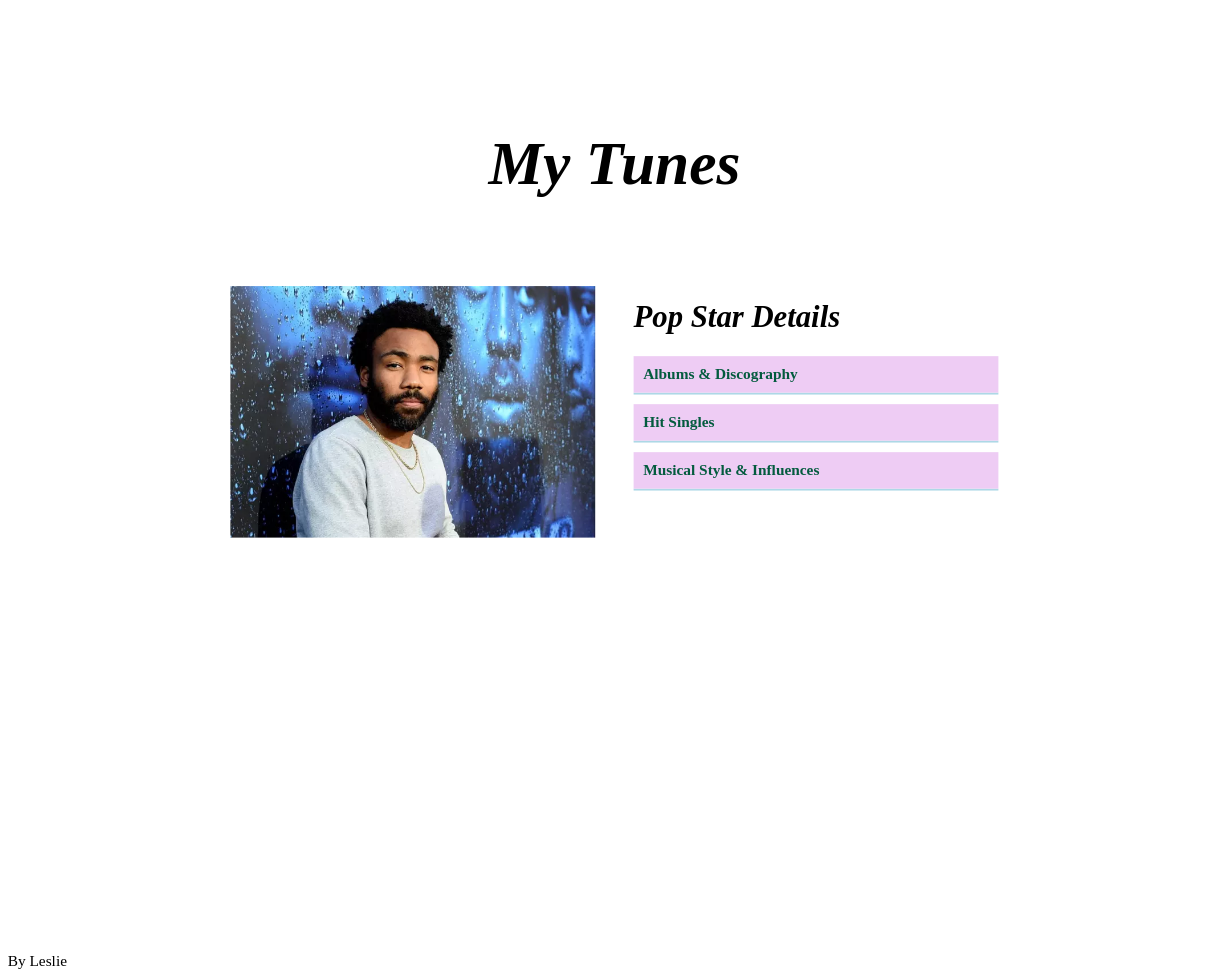
Repository: leslie179/labOne
Page: /
An editor plug-in stored every save of this project. The page is shown before and after the next save, followed by the edit.
The browser window is 1280 px wide. The pictures show the whole page, at 96% of full size.
The project was rebuilt for these pictures with package versions that can differ from the ones it lists, and the page was loaded fresh each time. The framework's server and built-in components were replaced by stand-ins that run in the browser. Also part of the build but not shown: next.config.js, components/Footer/Footer.module.css.

Above is the page before, as saved 2024-09-15 22:45:15.

### pages/index.js
import Head from 'next/head'
import styles from '@/styles/Home.module.css'
import Footer from '@/components/Footer'
import Header from '@/components/Header'
import LeftComponent from '@/components/LeftComponent'
import RightComponent from '@/components/RightComponent'

export default function Home() {
  return (
    <>
      <Head>
        <title>Create Next App</title>
        <meta name="description" content="Generated by create next app" />
        <meta name="viewport" content="width=device-width, initial-scale=1" />
        <link rel="icon" href="/favicon.ico" />
      </Head>
      <Header/>
      <main className={`${styles.main}`}>
      <div className={styles.container}>
      <div className={styles.left}>
                <LeftComponent />
            </div>
            <div className={styles.right}>
              <h1 className={styles.h1}>Pop Star Details</h1>
                <RightComponent />
            </div>
            </div>
      </main>
      <Footer/>
    </>
  )
}

### styles/globals.css
:root {


}

a {
  color: inherit;
  text-decoration: none;
}

### styles/Home.module.css
.main {
  display: flex;
  flex-direction: column;
  justify-content: space-between;
  align-items: center;
  padding: 2rem;
  min-height: 20vh;
}

.container {
  display: flex;
  width: 70%;
  height: 100vh;

}

.left, .right {
  width: 50%;
  padding: 20px;
  box-sizing: border-box;
}



.h1{
  padding-top: 8%;
  font-style: italic;
}

### components/Footer/index.js
import styles from "./Footer.module.css"

export default function Footer() {
    return(
        <footer className={styles.Footer}>
            By Leslie
        </footer>
    )
}

### components/Header/index.js
import styles from './Header.module.css';


export default function Header() {
    return (
        <header className={styles.header}>
            <h1>My Tunes</h1>
        </header>
    );
}

### components/LeftComponent/index.js
import styles from './LeftComponent.module.css';

export default function LeftComponent() {
    return (
        <div>
            <img src="childish_icon.jpg" alt="Childish Icon" className={styles.image} />
        </div>
    );
}

### components/RightComponent/index.js
import { useState } from 'react';
import styles from './RightComponent.module.css';

export default function RightComponent() {
    const [activeIndex, setActiveIndex] = useState(null);

    const toggleAccordion = (index) => {
        setActiveIndex(activeIndex === index ? null : index);
    };

    const categories = [
        {
            title: 'Albums & Discography',
            content: '"Camp" \n"Because the Internet" \n"Awaken, My Love!"'
        },
        {
            title: 'Hit Singles',
            content: '"3005"\n "Redbone"\n "This Is America" which won Grammys for its cultural impact.'
        },
        {
            title: 'Musical Style & Influences',
            content: 'Blend of hip hop, soul, funk, and rock, drawing influence from Prince, OutKast, and more.'
        }
    ];

    return (
        <div className={styles.accordion}>
            {categories.map((category, index) => (
                <div key={index} className={styles.item}>
                    <div className={styles.title} onClick={() => toggleAccordion(index)}>
                        {category.title}
                    </div>
                    <div className={`${styles.content} ${activeIndex === index ? styles.show : ''}`}>
                        <p>{category.content.split('\n').map((line, i) => (
                            <span key={i}>{line}<br /></span>
                        ))}</p>
                    </div>
                </div>
            ))}
        </div>
    );
}

### components/Header/Header.module.css
.header {
    text-align: center;
    padding-top: 10%;
  }

  .header h1 {
    margin: 0;
    padding: 0;
    font-size: 4rem;
    font-style: italic;
    color: ;
  }

### components/LeftComponent/LeftComponent.module.css
.left {
    width: 50%;
    background-color: lightgray;
    padding: 20px;
    box-sizing: border-box;
    height: 100vh;
    float: left;
}

.image{
    width: 100%;
    padding-top: 10%;
}

### components/RightComponent/RightComponent.module.css
.right {
    width: 50%;
    padding: 20px;

    box-sizing: border-box;
    height: 100vh;
    float: right;
}


.item {
    border-bottom: 2.5px solid lightblue;
    margin-bottom: 10px;
}

.title {
    cursor: pointer;
    padding: 10px;
    background-color: #eeccf4;
    color: rgb(3, 91, 62);
    font-weight: bold;
}

.content {
    max-height: 0;
    overflow: hidden;
    transition: max-height 0.3s ease-out;
}

.show {
    max-height: 100px;
}

Loaded but not shown: pages/_app.js (common file); pages/_document.js (common file)

After the next save:
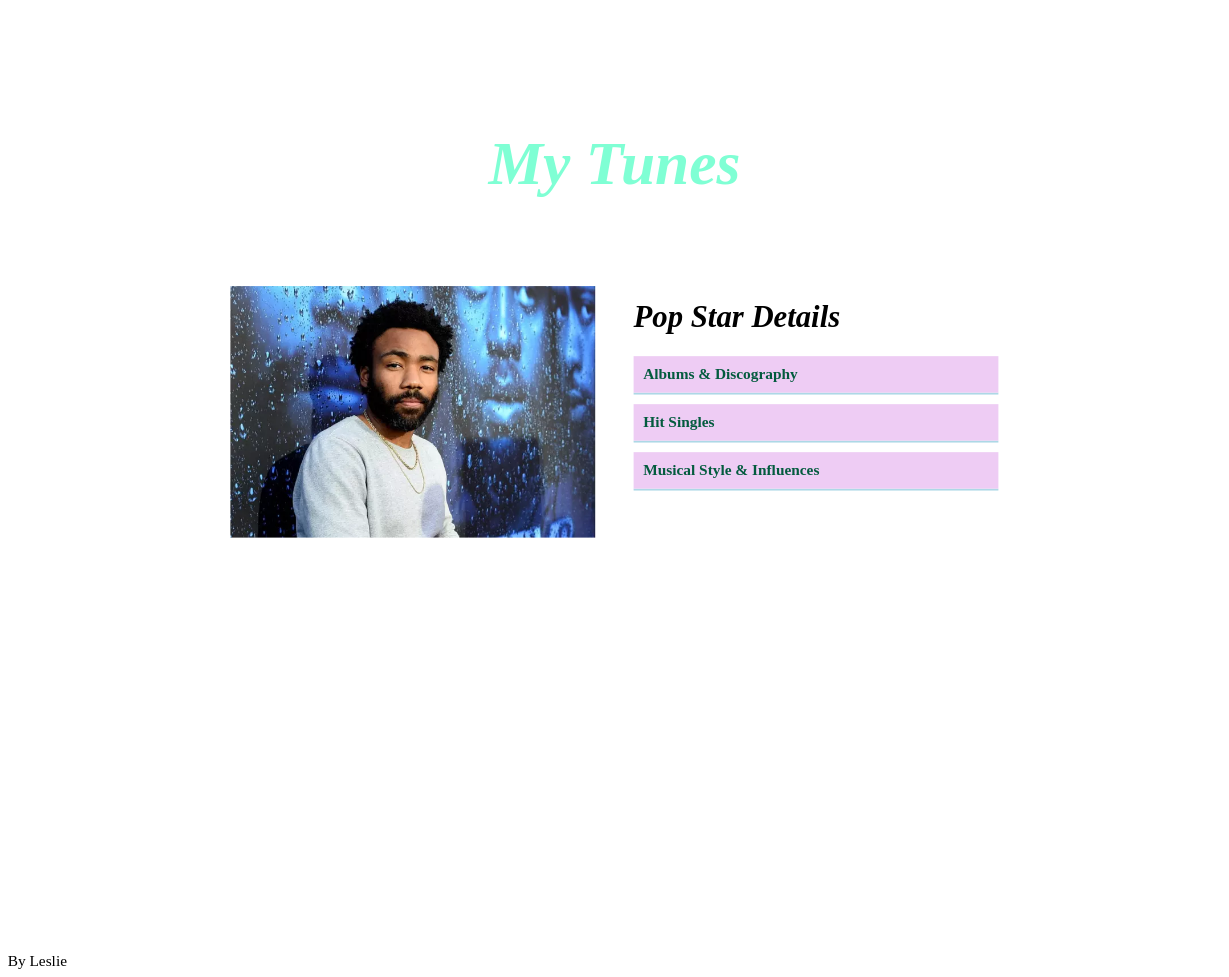
Saved 4 s later.
--- a/components/Header/Header.module.css
+++ b/components/Header/Header.module.css
@@ -8,5 +8,5 @@
     padding: 0;
     font-size: 4rem;
     font-style: italic;
-    color: ;
+    color: aquamarine;
   }
